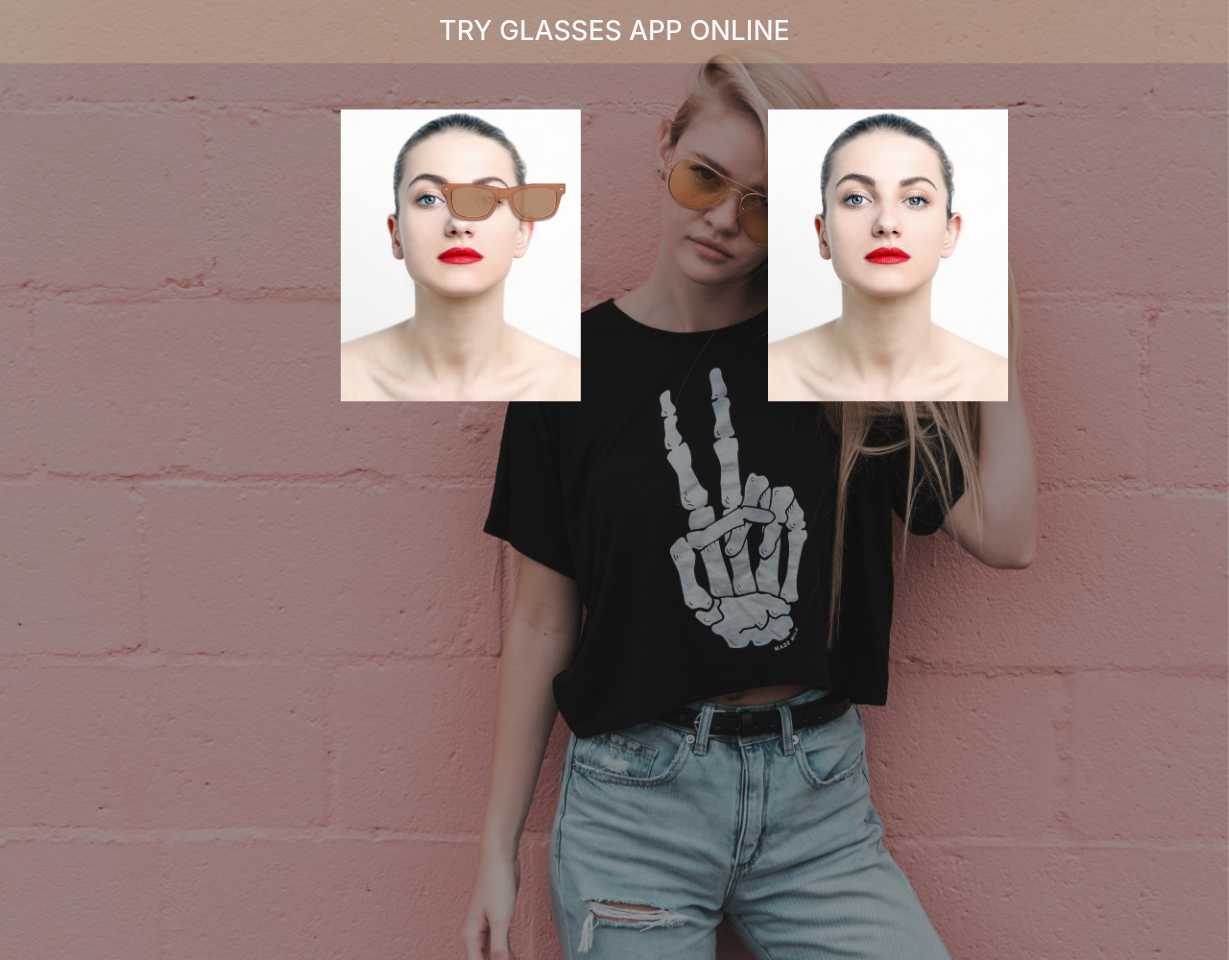
Repository: LeHieuSP/Baitapthukinh_LTH_FE70
Page: /
The author's editor kept a copy of each file at every save. The page is drawn from the files as they stood at one save, then again after the next save.
The browser window is 1280 px wide. The pictures show the whole page, at 96% of full size.
The project was rebuilt for these pictures with package versions that can differ from the ones it lists, and the page was loaded fresh each time. Also part of the build but not shown: src/index.css, src/App.css, src/redux/actions/BaiTapDatVeAction.js, src/BaiTapRedux/BaiTapBookingTicket/ThongTinDatGhe.js, src/BaiTapRedux/BaiTapBookingTicket/HangGhe.js, src/BaiTapRedux/BaiTapBookingTicket/BaiTapBookingTicket.js.

Above is the page before, as saved 2022-03-09 17:16:22.

After the next save:
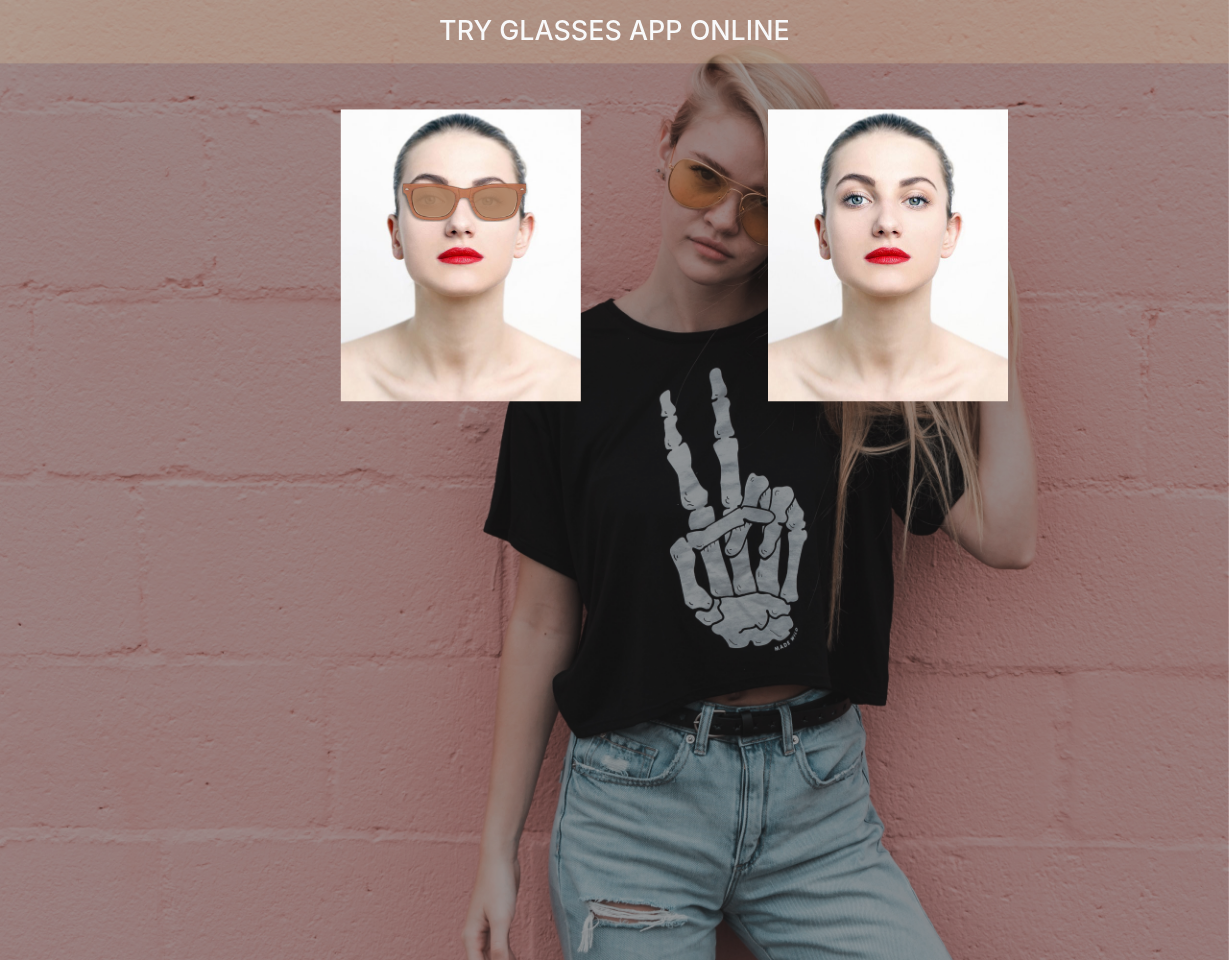
Saved 103 s later.
--- a/src/BaiTapThuKinh/BaiTapThuKinh.js
+++ b/src/BaiTapThuKinh/BaiTapThuKinh.js
@@ -6,7 +6,7 @@
     const styleGlasses = {
         width: '131px',
         top: '75px',
-        right: '34px',
+        right: '75px',
         opacity: '0.9'
 
     }
